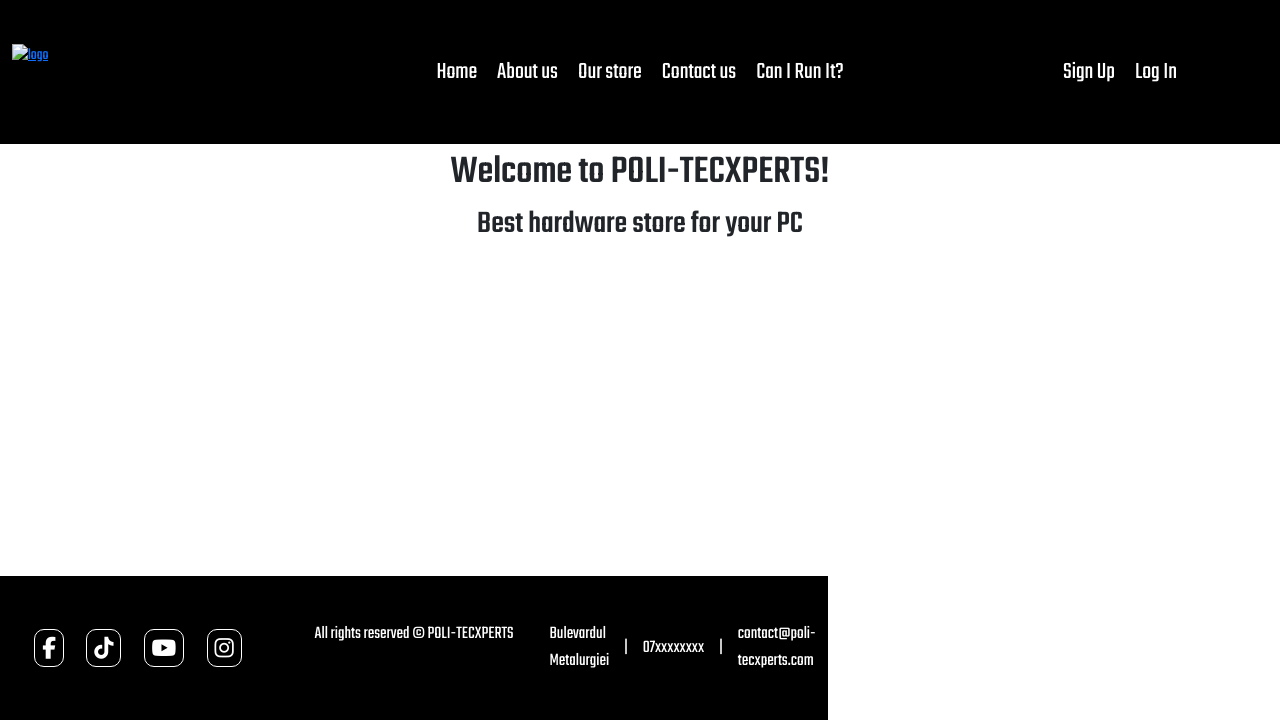
Repository: cristibtz/POLI_TECXPERTS
Page: index.html
The author's editor kept a copy of each file at every save. The page is drawn from the files as they stood at one save, then again after the next save.
The browser window is 1280 px wide. The pictures show the whole page.

Above is the page before, as saved 2024-04-27 17:51:21.

After the next save:
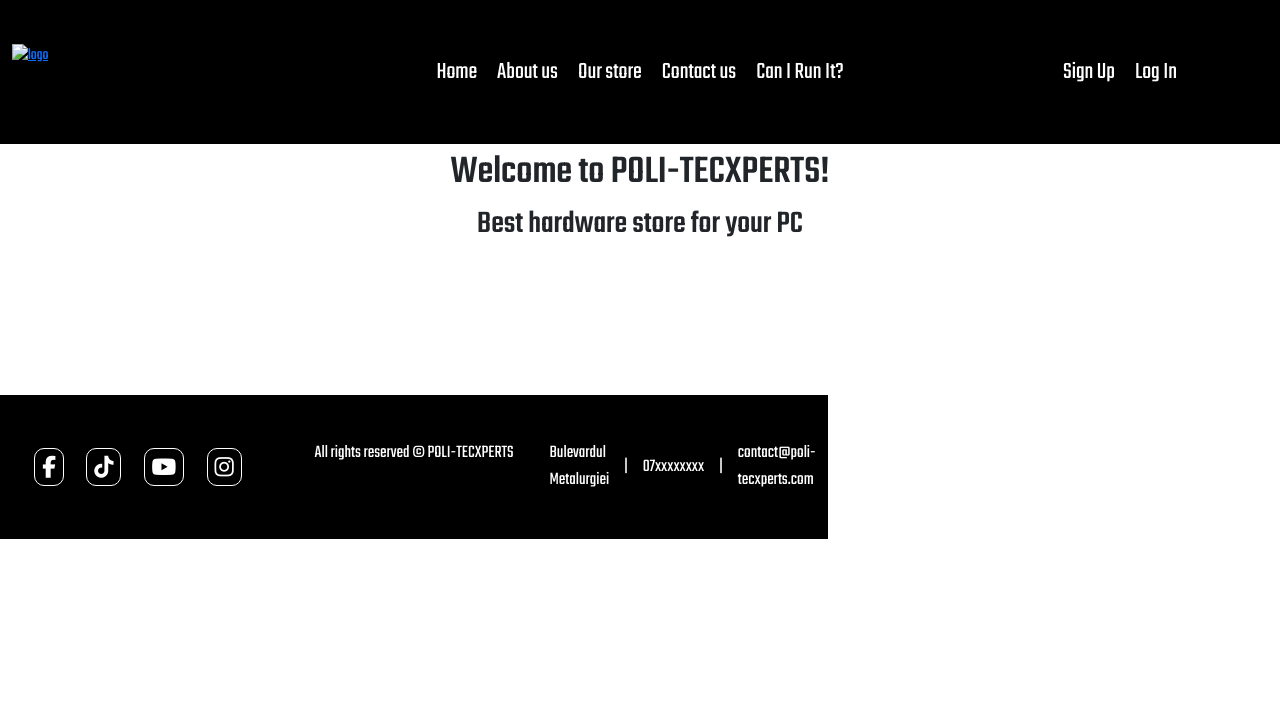
Saved 14 s later.
--- a/css/default.css
+++ b/css/default.css
@@ -69,7 +69,7 @@ body {
     align-items: center;
     justify-content: center;
     position: absolute;
-    bottom: 0;
+
 }
 
 .copyright {
